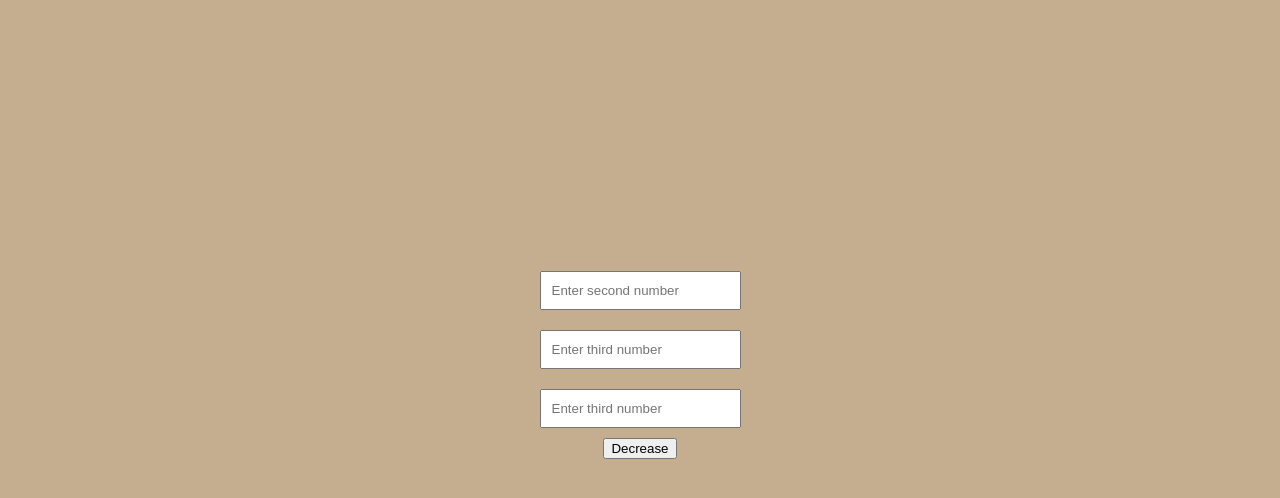
Repository: purnimapatel/SI-calculator
Page: /
The author's editor kept a copy of each file at every save. The page is drawn from the files as they stood at one save, then again after the next save.
The browser window is 1280 px wide. The pictures show the whole page.
The project was rebuilt for these pictures with package versions that can differ from the ones it lists, and the page was loaded fresh each time.

Above is the page before, as saved 2024-08-26 11:23:05.

After the next save:
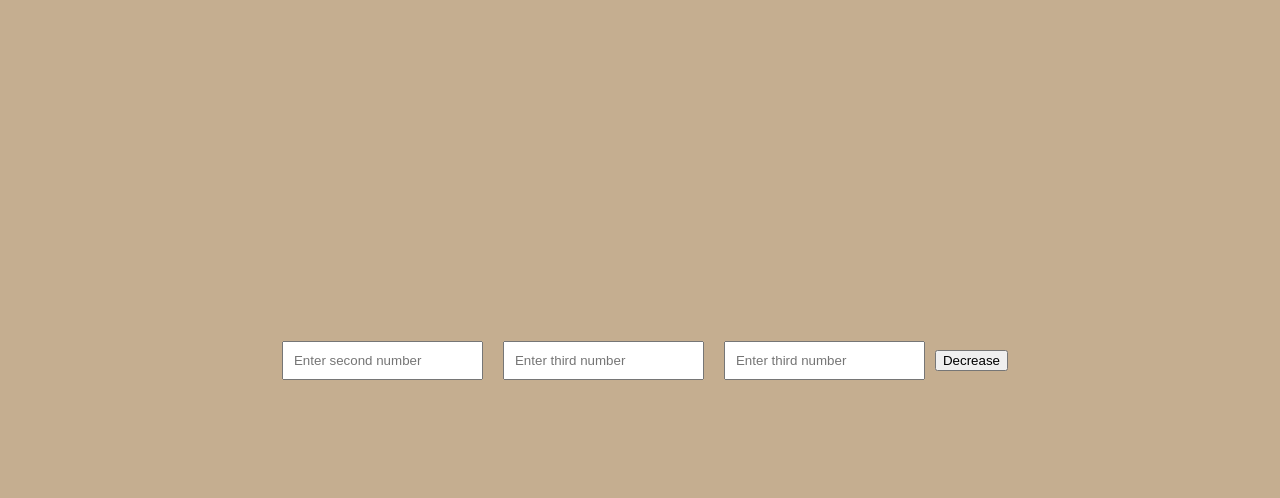
Saved 52 s later.
--- a/src/App.jsx
+++ b/src/App.jsx
@@ -9,8 +9,8 @@ function App() {
   const[res, setRes]=(useState(''));
   return(
 
-    <div>
     <div className="container">
+    <div className="container1">
     <div>
     {res}
     </div>

After the save that followed:
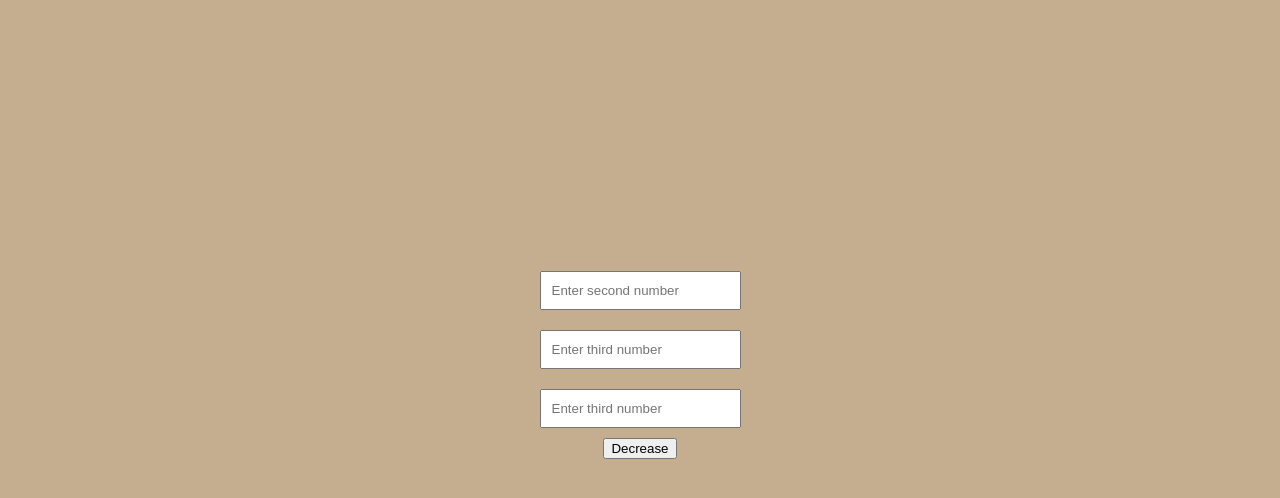
Saved 27 s later.
--- a/src/App.css
+++ b/src/App.css
@@ -2,7 +2,7 @@
   text-align: center;
 
 }
-.container{
+.container1{
 
   background-color:rgb(197, 174, 144);
   display:flex;
